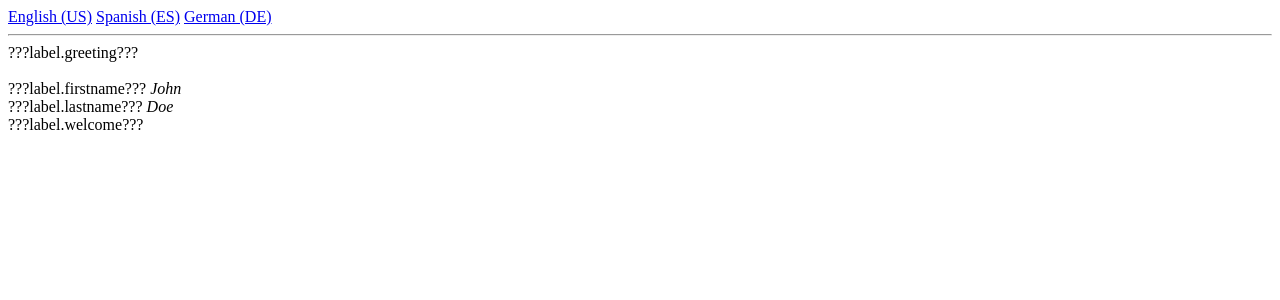
Repository: aashigupta165/advance-java
Page: http://localhost/notes/i18n-messages-test.jsp?theLocale=en_US
The author's editor kept a copy of each file at every save. The page is drawn from the files as they stood at one save, then again after the next save.
The browser window is 1280 px wide. The pictures show the whole page.
The page is served by Tomcat 9. Nobody is signed in. The application's start-up code is not run. Other server files are loaded and not shown.

Above is the page before, as saved 2019-08-24 06:46:26.

### notes/WebContent/i18n-messages-test.jsp
<%@ taglib uri="http://java.sun.com/jsp/jstl/core" prefix="c" %>

<%@ taglib uri="http://java.sun.com/jsp/jstl/fmt" prefix="fmt" %>

<c:set var="theLocale"
value="${not empty param.theLocale ? param.theLocale : pageContext.request.locale}"
scope="session" />

<fmt:setLocale value="${theLocale}" />

<fmt:setBundle basename="com.luv2code.jsp.tagdemo.i18n.resources.myLabels" />

<html>

<body>

<a href="i18n-messages-test.jsp?theLocale=en_US">English (US)</a>

<a href="i18n-messages-test.jsp?theLocale=es_ES">Spanish (ES)</a>

<a href="i18n-messages-test.jsp?theLocale=de_DE">German (DE)</a>

<hr>

<fmt:message key="label.greeting" /> <br/> <br/>

<fmt:message key="label.firstname" /> <i>John</i> <br/>

<fmt:message key="label.lastname" /> <i>Doe</i> <br/>

<fmt:message key="label.welcome" /> <br/>

</body>

</html>

After the next save:
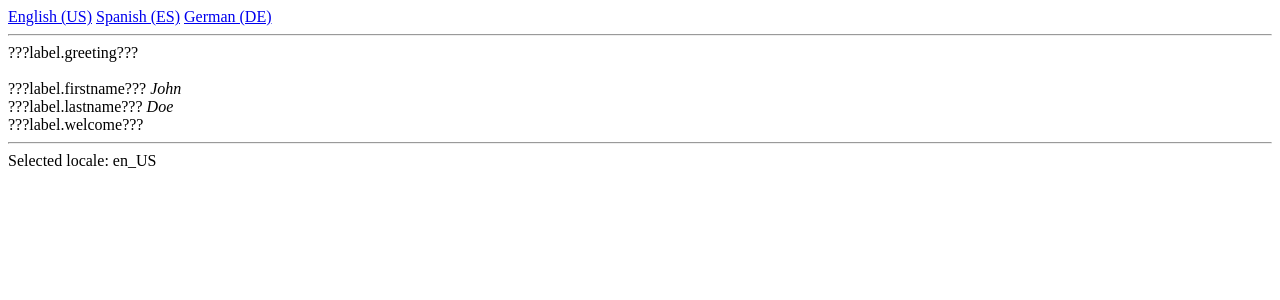
Saved 5 min 10 s later.
--- a/notes/WebContent/i18n-messages-test.jsp
+++ b/notes/WebContent/i18n-messages-test.jsp
@@ -30,6 +30,10 @@ scope="session" />
 
 <fmt:message key="label.welcome" /> <br/>
 
+<hr>
+
+Selected locale: ${theLocale}
+
 </body>
 
 </html>
